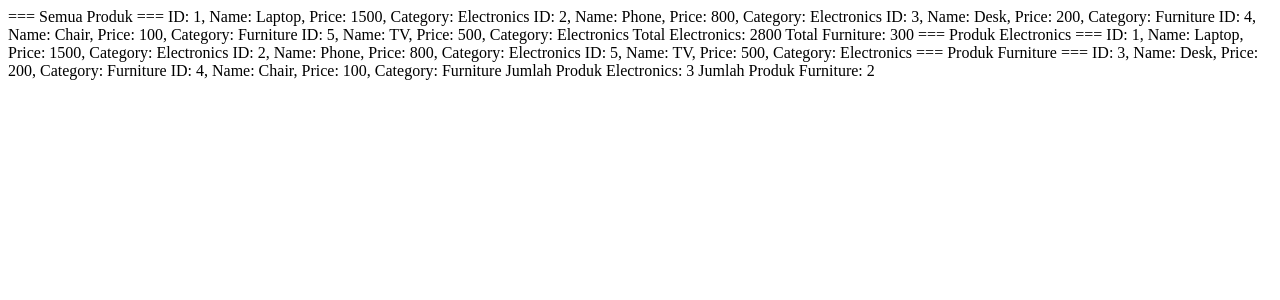
Repository: ramaID/demo-hari-1
Page: http://localhost/main.php
An editor plug-in stored every save of this project. The page is shown before and after the next save, followed by the edit.
The browser window is 1280 px wide. The pictures show the whole page.
The page is run by PHP 8.4 with error messages shown; the project is at /var/www/html/.

Above is the page before, as saved 2024-12-10 12:56:45.

### main.php
<?php

// Data produk
$products = [
    ['id' => 1, 'name' => 'Laptop', 'price' => 1500, 'category' => 'Electronics'],
    ['id' => 2, 'name' => 'Phone', 'price' => 800, 'category' => 'Electronics'],
    ['id' => 3, 'name' => 'Desk', 'price' => 200, 'category' => 'Furniture'],
    ['id' => 4, 'name' => 'Chair', 'price' => 100, 'category' => 'Furniture'],
    ['id' => 5, 'name' => 'TV', 'price' => 500, 'category' => 'Electronics'],
];

// Fungsi untuk menampilkan produk
function displayProducts($title, $products)
{
    echo "=== $title ===\n";
    foreach ($products as $product) {
        echo "ID: {$product['id']}, Name: {$product['name']}, Price: {$product['price']}, Category: {$product['category']}\n";
    }
}

// Fungsi untuk menghitung total harga berdasarkan kategori
function calculateTotalPriceByCategory($products, $category)
{
    return array_reduce($products, function ($total, $product) use ($category) {
        return $product['category'] === $category ? $total + $product['price'] : $total;
    }, 0);
}

// Fungsi untuk memfilter produk berdasarkan kategori
function filterProductsByCategory($products, $category)
{
    return array_filter($products, fn($product) => $product['category'] === $category);
}

// Fungsi untuk menghitung jumlah produk berdasarkan kategori
function countProductsByCategory($products, $category)
{
    return count(filterProductsByCategory($products, $category));
}

// Tampilkan semua produk
displayProducts("Semua Produk", $products);

// Hitung total harga per kategori
$totalElectronics = calculateTotalPriceByCategory($products, 'Electronics');
$totalFurniture = calculateTotalPriceByCategory($products, 'Furniture');
echo "Total Electronics: $totalElectronics\n";
echo "Total Furniture: $totalFurniture\n";

// Tampilkan produk berdasarkan kategori
$electronicsProducts = filterProductsByCategory($products, 'Electronics');
$furnitureProducts = filterProductsByCategory($products, 'Furniture');

displayProducts("Produk Electronics", $electronicsProducts);
displayProducts("Produk Furniture", $furnitureProducts);

// Tampilkan jumlah produk per kategori
$electronicsCount = countProductsByCategory($products, 'Electronics');
$furnitureCount = countProductsByCategory($products, 'Furniture');

echo "Jumlah Produk Electronics: $electronicsCount\n";
echo "Jumlah Produk Furniture: $furnitureCount\n";

After the next save:
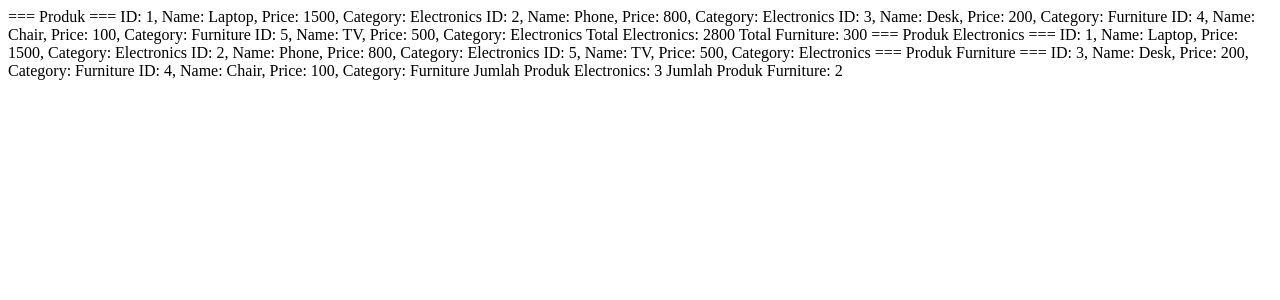
Saved 84 s later.
--- a/main.php
+++ b/main.php
@@ -39,7 +39,7 @@
 }
 
 // Tampilkan semua produk
-displayProducts("Semua Produk", $products);
+displayProducts("Produk", $products);
 
 // Hitung total harga per kategori
 $totalElectronics = calculateTotalPriceByCategory($products, 'Electronics');

After the save that followed:
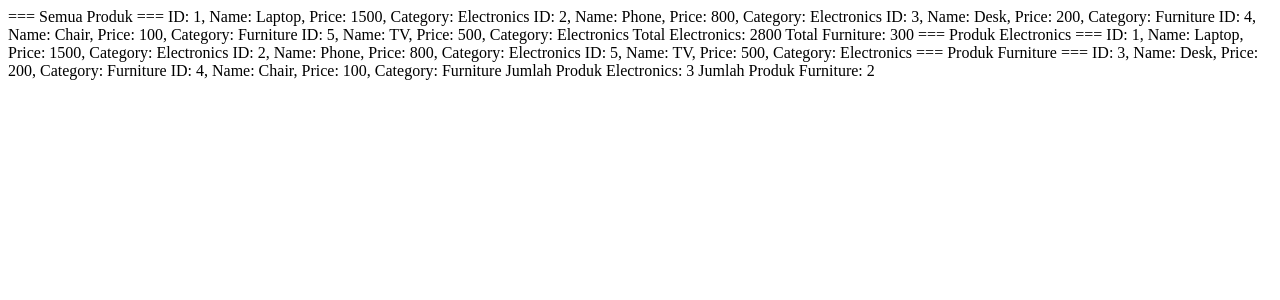
Saved 4 s later.
--- a/main.php
+++ b/main.php
@@ -39,7 +39,7 @@
 }
 
 // Tampilkan semua produk
-displayProducts("Produk", $products);
+displayProducts("Semua Produk", $products);
 
 // Hitung total harga per kategori
 $totalElectronics = calculateTotalPriceByCategory($products, 'Electronics');
